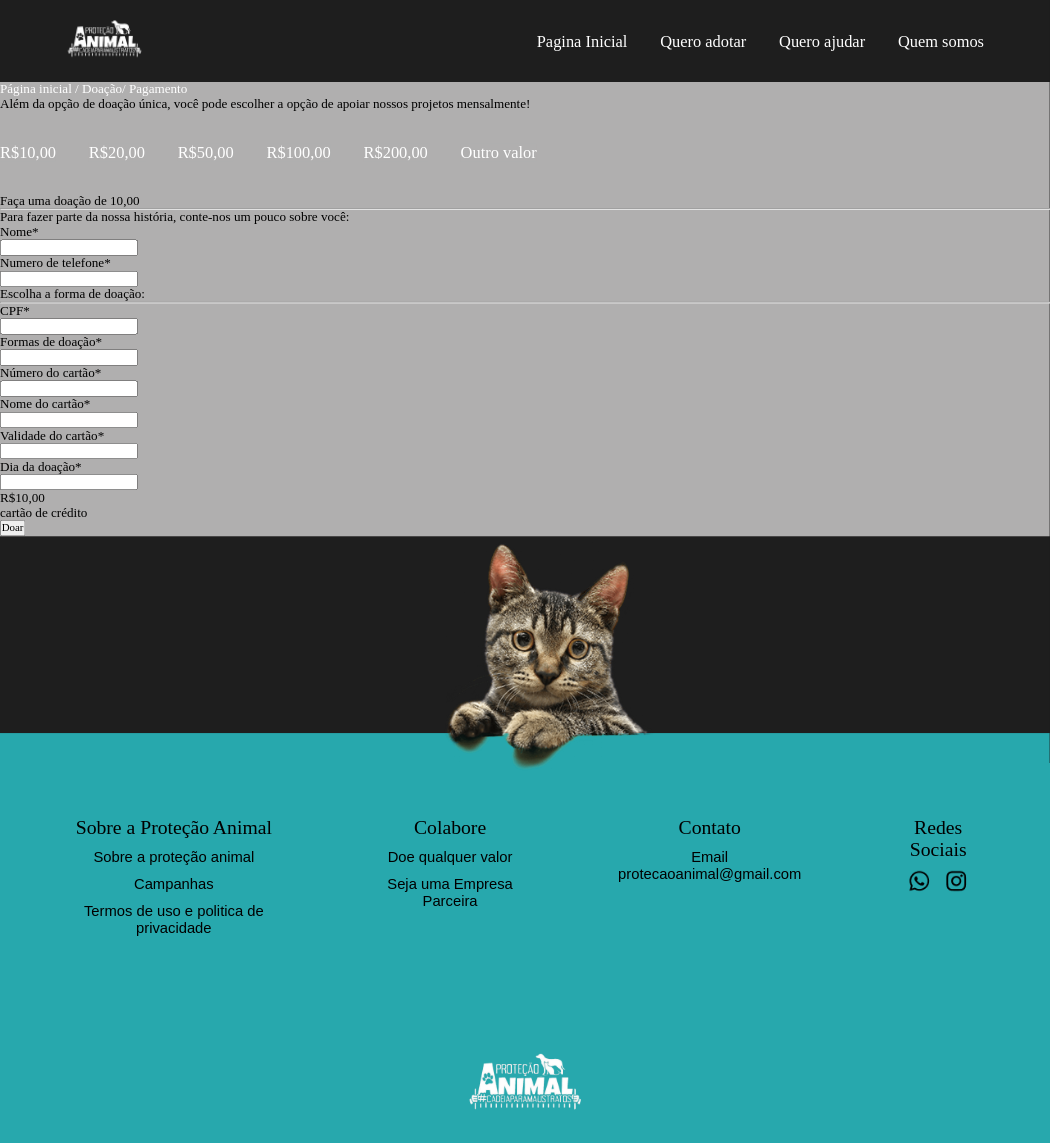
Repository: edjunior-nascimento/protecao-animal-web
Page: src/pages/formulario-doacao/index.html
An editor plug-in stored every save of this project. The page is shown before and after a run of saves, followed by the edit.
The browser window is 1280 px wide. The pictures show the whole page, at 82% of full size.

Above is the page before, as saved 2025-02-25 03:48:24.

After the next 3 saves:
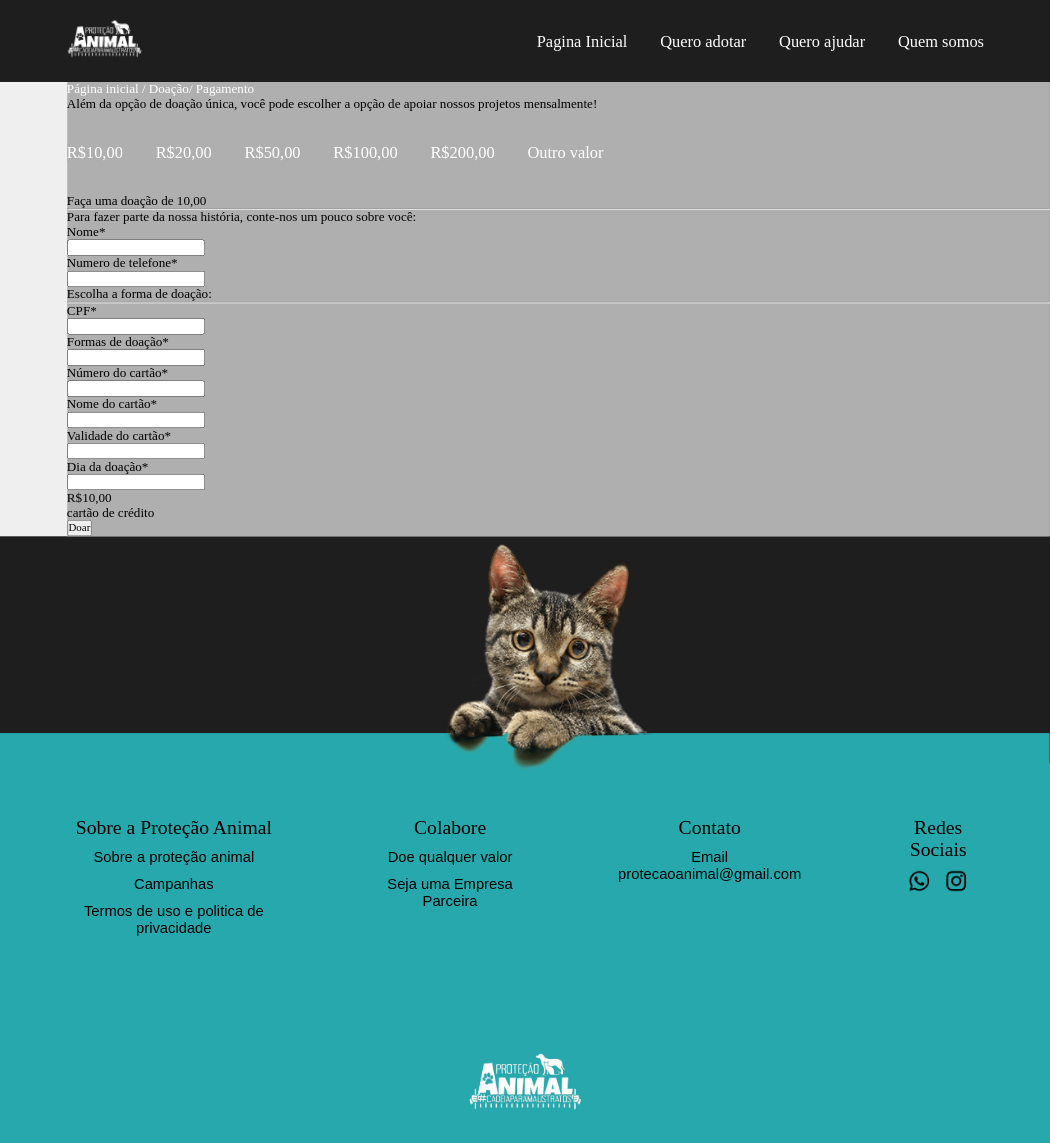
The 3 saves are shown as one change because they came seconds apart.
The last was saved 2 min 45 s later.
--- a/src/pages/formulario-doacao/style.css
+++ b/src/pages/formulario-doacao/style.css
@@ -71,7 +71,7 @@ main {
 }
 .container {
   background-color: var(--card-nav-color);
-  margin-left: ;
+  margin-left: 81.5px;
 }
 .title {
   color: var(--subtitle-color);
